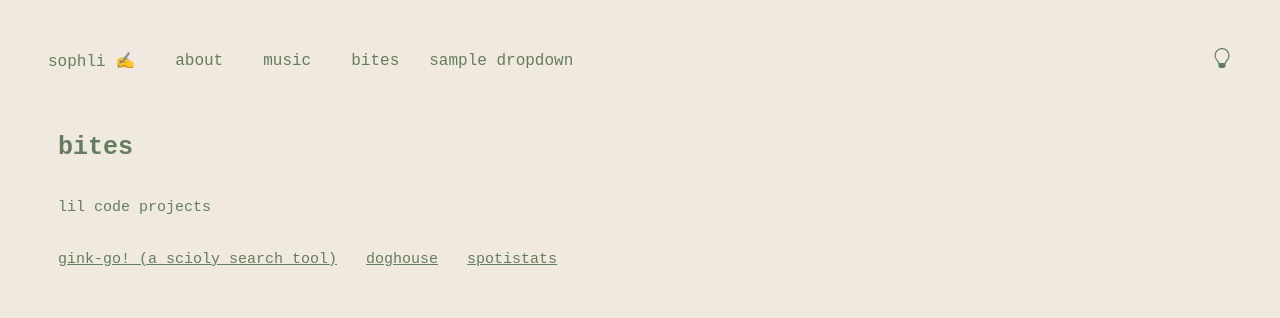
Repository: soph-lin/sophli-legacy
Page: http://localhost/bites.php
The author's editor kept a copy of each file at every save. The page is drawn from the files as they stood at one save, then again after the next save.
The browser window is 1280 px wide. The pictures show the whole page.
The page is run by PHP 8.4 with error messages shown; the project is at /var/www/html/.

Above is the page before, as saved 2024-07-12 22:12:25.

### bites.php
<!DOCTYPE html>
<?php include $_SERVER['DOCUMENT_ROOT'] . '/partials/header.php'; ?>
<html>
<body>
    <?php include $_SERVER['DOCUMENT_ROOT'] . '/partials/navbar.php'; ?>
    <h1>bites</h1>
    <p>lil code projects</p>
    <div style="margin-left: 0px">
        <a href='/bites/scioly-search.php'>gink-go! (a scioly search tool)</a>
        <a href="https://doghouse.sophli.in">doghouse</a>
        <a href="/bites/spotistats.php">spotistats</a>
    <div>
</body>
</html>

### partials/header.php
<head>
    <title><?php echo isset($title) ? $title : "sophli!"; ?></title>
    <link
        id="favicon"
        rel="icon"
        href=""
    />
    <link rel="stylesheet" href="/css/style.css">
    <link rel="stylesheet" href="/css/anim.css">
    <script src="https://code.jquery.com/jquery-3.6.0.min.js"></script>
    <script src="/scripts/setup.js"></script>
</head>

### partials/navbar.php
<nav>
  <ul>
      <li><a href="/" id="logoContainer">sophli</a></li>
      <li><a href="/about.php">about</a></li>
      <li><a href="/music.php">music</a></li>
      <li><a href="/bites.php">bites</a></li>
      <li class="dropdown">
        sample dropdown
        <ul>
          <li><a href="#">hihi</a></li>
        </ul>
      </li>
      <li id="lightbulbContainer">
        <svg xmlns="http://www.w3.org/2000/svg" id="pullCord" height="250" width="20">
            <line x1="0" y1="0" x2="0" y2="200"/>
            <circle cx="0" cy="200" r="5" />
        </svg>
        <svg xmlns="http://www.w3.org/2000/svg" id="lightbulb" width="20" height="20" fill="currentColor" class="bi bi-lightbulb" viewBox="0 0 16 16">
          <path d="M2 6a6 6 0 1 1 10.174 4.31c-.203.196-.359.4-.453.619l-.762 1.769A.5.5 0 0 1 10.5 13a.5.5 0 0 1 0 1 .5.5 0 0 1 0 1l-.224.447a1 1 0 0 1-.894.553H6.618a1 1 0 0 1-.894-.553L5.5 15a.5.5 0 0 1 0-1 .5.5 0 0 1 0-1 .5.5 0 0 1-.46-.302l-.761-1.77a2 2 0 0 0-.453-.618A5.98 5.98 0 0 1 2 6m6-5a5 5 0 0 0-3.479 8.592c.263.254.514.564.676.941L5.83 12h4.342l.632-1.467c.162-.377.413-.687.676-.941A5 5 0 0 0 8 1"/>
        </svg>
      </li>
  </ul>
</nav>



<?php
  $splash_messages = array(
    "✋","✌️","🤏","✍️","👐","👋","👏","👏","👌","🙏","🤙"
  );
  $random_message_index = array_rand($splash_messages);
?>

<script>
  var splashMessages = <?php echo json_encode($splash_messages); ?>;
  var randomMessageIndex = <?php echo $random_message_index; ?>;
  var splashMessageContainer = document.getElementById("logoContainer");
  const emoji = splashMessages[randomMessageIndex];
  splashMessageContainer.innerHTML = "sophli " + emoji;

  const faviconHREF = `data:[embedded picture, 19 characters]<svg xmlns='http://www.w3.org/2000/svg' viewBox='0 0 100 100'><text y='.9em' font-size='80'>${emoji}</text></svg>`;
  document.getElementById("favicon").setAttribute("href", faviconHREF);
</script>

### css/style.css
:root {
    --bg-color: #f0e9df;
    --primary-color: #637e5e;
    --font-color: #637e5e;
    --heading-color: #637e5e;
    --highlight-color: #99B590;
}

[theme="dark"] {
    --bg-color: #001524;
    --primary-color: #c0ccb8;
    --font-color: #c0ccb8;
    --heading-color: #c0ccb8;
    --highlight-color: #c0ccb8;
}

* {
    font-family: 'Courier New', Courier, monospace;
    padding: 10px;
    font-size: 15px;
    color: var(--primary-color);
    user-select: none;
}

body {
    background-color: var(--bg-color);
}

body * {
    margin-left: 20px;
}

h1 {
    font-weight: bold;
    font-family: monospace;
    font-size: 25px;
    color: var(--heading-color);
}

h2 {
    font-family: monospace;
}

a {
    padding: 0;
}

a:hover {
    background-color: var(--highlight-color);
}

em, strong {
    padding: 0;
}

#logo { /* Logo styles are used if logo-container has a picture. */
    margin-top: 0;
    margin-bottom: 0;
}

#logo a {
    padding-top: 5px;
    padding-bottom: 5px;
}

#logo img {
    padding-top: 0;
    padding-bottom: 0;
    padding-right: 0;
}

#lightbulbContainer {
    margin-left: auto;
    position: relative;
}

#pullCord {
    position: absolute;
    top: -100px;
    right: 40px;
    transform: translateY(-100%);
    stroke: currentColor;
    fill: currentColor;
    stroke-width: 2;
    overflow: visible;
}

#pullCord line {
    stroke-dasharray: 5;
    stroke-linecap: round;
}

#pullCord.dropAnim {
    animation: conveyor linear forwards 3s, moveDown forwards cubic-bezier(0.68, -0.55, 0.27, 1.55) 3s;
}

#pullCord.pullAnim {
    animation: pull ease-in 0.2s;
}

@keyframes conveyor {
    from {
        stroke-dashoffset: 100;
    }
    to {
        stroke-dashoffset: 0;
    }
}

@keyframes moveDown {
    0% {
        transform: translateY(-100%);
    }

    50% {
        transform: translateY(0);
    }

    75% {
        transform: translateY(3px);
    }

    80% {
        transform: translateY(-5px);
    }

    100% {
        transform: translateY(0);
    }
}



@keyframes pull {
    0% {
        transform: translateY(0);
    }

    25% {
        transform: translateY(-5px);
    }

    50% {
        transform: translateY(5px);
    }

    100% {
        transform: translateY(0);
    }
}

nav {
    padding: 0px;
    background-size: cover;
    margin-left: 0;
    margin-bottom: 30px;
}

nav * {
    margin-left: 0;
    font-size: 16px;
}

nav a {
    display: block;
    color: var(--font-color);
    padding: 10px;
    text-decoration: none;
}

nav ul {
    display: flex;
    align-items: center;
    list-style: none;
    margin: 0;
    padding: 0;
}

nav li {
    display: inline-block;
}

nav ul li.dropdown {
    position: relative;
    display: flex;
    box-sizing: border-box;
}

nav ul li.dropdown > ul {
    position: absolute;
    top: 100%;
    left: 0;
    flex: 1;
    display: none;
    border: 1px solid var(--primary-color);
    border-top: 0 none;
    vertical-align: top;
}

nav ul li.dropdown:hover ul {
    display: block;
}

### css/anim.css
.typewriter {
  overflow: hidden;/* Ensures the content is not revealed until the animation */
  border-left: 2px solid #637e5e;/* The typewriter cursor */
  white-space: nowrap;/* Keeps the content on a single line */
  margin: inherit auto;/* Gives that scrolling effect as the typing happens */
  letter-spacing: 3px;
  animation: typing 3.5s steps(30, end), blinking-cursor 1s step-end infinite;
}
/* Typing effect */
@keyframes typing {
  from {
    width: 0
  }
  to {
    width: 100%
  }
}
/* Cursor effect */
@keyframes blinking-cursor {
  from,
  to {
    border-color: transparent
  }
  50% {
    border-color: #637e5e;
  }
}

/* Image cloud */
#cloud {
  width: 90vw;
  height: 70vh;
  perspective: 1000px;
}

.cloud-image-container {
  display: flex;
  justify-content: center;
  position: absolute;
  transition: transform 0.5s;
}

.cloud-hover-text {
  display: block;
  visibility: hidden;
}

.cloud-image-container:hover {
  filter: drop-shadow(0px 0px 5px #D3D3D3);
  cursor: pointer;
}

.cloud-image-container:hover .cloud-hover-text {
  visibility: visible;
  text-shadow: 0px 0px 3px #ffffff;
}

### scripts/setup.js
document.addEventListener('DOMContentLoaded', async function() {
    if (getPage().endsWith('scioly-search') || getPage().endsWith('scioly-search.php')) {
        addCSS('/css/scioly-search.css');
        addScript('/scripts/scioly-search-data.js');
        addScript('/scripts/multiselect-dropdown.js');
        addScript('/scripts/scioly-search.js', 'module');
    }
    else if ( (getPage().endsWith('spotistats') || getPage().endsWith('spotistats.php')) ) {
        addCSS('/css/spotistats.css');
        await addScript('/scripts/spotistats-sample-data.js');
        await addScript('/scripts/spotistats-icons.js');
        // await so data can load before analytics script (next script) does
        addScript('/scripts/spotistats.js');
    }

    setupBaseEls();
});

function setupBaseEls() {
    let lightbulb = document.getElementById("lightbulb");
    let pullCord = document.getElementById("pullCord");
    let pullCordAnimating = false;
    let lightOn = true;
    // from https://icons.getbootstrap.com/icons/lightbulb/
    let lightmodeSvgPath = "M2 6a6 6 0 1 1 10.174 4.31c-.203.196-.359.4-.453.619l-.762 1.769A.5.5 0 0 1 10.5 13a.5.5 0 0 1 0 1 .5.5 0 0 1 0 1l-.224.447a1 1 0 0 1-.894.553H6.618a1 1 0 0 1-.894-.553L5.5 15a.5.5 0 0 1 0-1 .5.5 0 0 1 0-1 .5.5 0 0 1-.46-.302l-.761-1.77a2 2 0 0 0-.453-.618A5.98 5.98 0 0 1 2 6m6-5a5 5 0 0 0-3.479 8.592c.263.254.514.564.676.941L5.83 12h4.342l.632-1.467c.162-.377.413-.687.676-.941A5 5 0 0 0 8 1";
    // from https://icons.getbootstrap.com/icons/lightbulb-fill/
    let darkModeSvgPath = "M2 6a6 6 0 1 1 10.174 4.31c-.203.196-.359.4-.453.619l-.762 1.769A.5.5 0 0 1 10.5 13h-5a.5.5 0 0 1-.46-.302l-.761-1.77a2 2 0 0 0-.453-.618A5.98 5.98 0 0 1 2 6m3 8.5a.5.5 0 0 1 .5-.5h5a.5.5 0 0 1 0 1l-.224.447a1 1 0 0 1-.894.553H6.618a1 1 0 0 1-.894-.553L5.5 15a.5.5 0 0 1-.5-.5";

    lightbulb.addEventListener("mouseover", function() {
        console.log('hovering');
        console.log('animating');
        pullCordAnimating = true;
        pullCord.classList.add("dropAnim");
    }, { once: true });

    pullCord.addEventListener("click", function() {
        console.log('pull');
        pullCord.classList.add("pullAnim");
        lightOn = !lightOn;
        if (lightOn) {
            lightbulb.getElementsByTagName("path")[0].setAttribute("d", lightmodeSvgPath);
            document.documentElement.setAttribute("theme", "light");
        }
        else {
            lightbulb.getElementsByTagName("path")[0].setAttribute("d", darkModeSvgPath);
            document.documentElement.setAttribute("theme", "dark");
        }
    });

    pullCord.addEventListener("animationend", function() {
        console.log('anim end');
        if (pullCord.classList.contains("dropAnim")) {
            pullCord.classList.remove("dropAnim");
        }
        else if (pullCord.classList.contains("pullAnim")) {
            pullCord.classList.remove("pullAnim");
        }
    });
}

function addScriptToHead(path, page) {
    if (isPage(page)) addScript(path);
}

function addCSSToHead(path, page) {
    if (isPage(page)) addCSS(path);
}

function getPage() {
    return window.location.pathname.split("/").pop();
}

function isPage(page) {
    var thisFileName = getPage();
    if (thisFileName === page) return true;
    else return false;
}

function addScript(path, type, makeDefer) {
    return new Promise((resolve, reject) => {
        var script = document.createElement('script');
        script.src = path;

        if (type) script.type = type;
        if (makeDefer) script.defer = true;
        script.addEventListener('load', () => {
            resolve();
        });
        script.addEventListener('error', () => {
            reject(`Failed to load script: ${path}`);
        });
        document.head.appendChild(script);
    });
}

function addCSS(path) {
    const link = document.createElement("link");
    link.rel = "stylesheet";
    link.type = "text/css";
    link.href = path;
    document.head.appendChild(link);
}

After the next save:
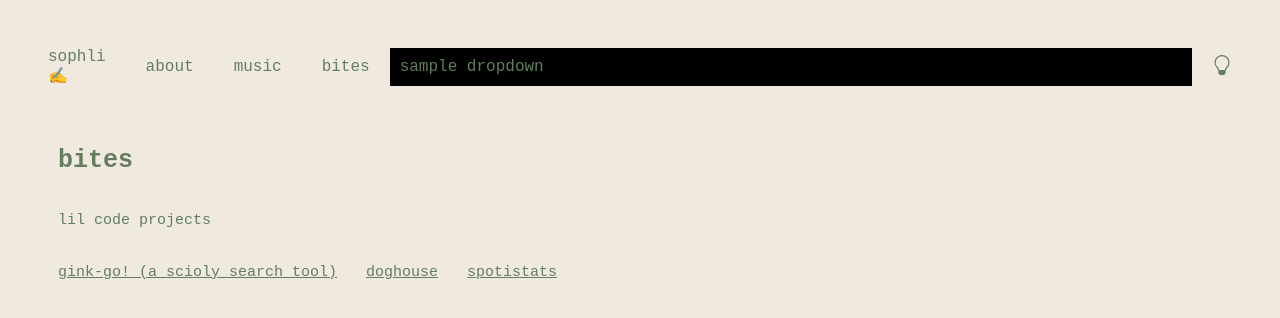
Saved 18 s later.
--- a/css/style.css
+++ b/css/style.css
@@ -182,7 +182,10 @@
 
 nav ul li.dropdown {
     position: relative;
+    width: 100%;
     display: flex;
+    background: #000;
+    padding: 10px;
     box-sizing: border-box;
 }
 

After the save that followed:
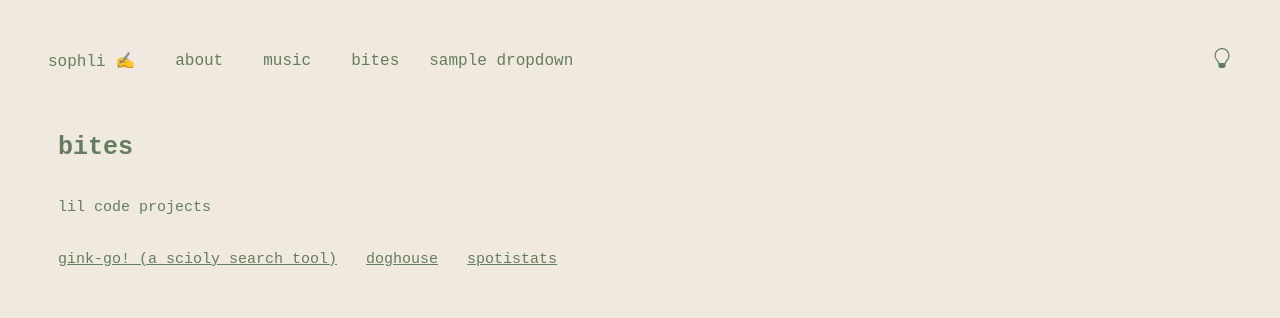
Saved 27 s later.
--- a/css/style.css
+++ b/css/style.css
@@ -182,11 +182,6 @@
 
 nav ul li.dropdown {
     position: relative;
-    width: 100%;
-    display: flex;
-    background: #000;
-    padding: 10px;
-    box-sizing: border-box;
 }
 
 nav ul li.dropdown > ul {
